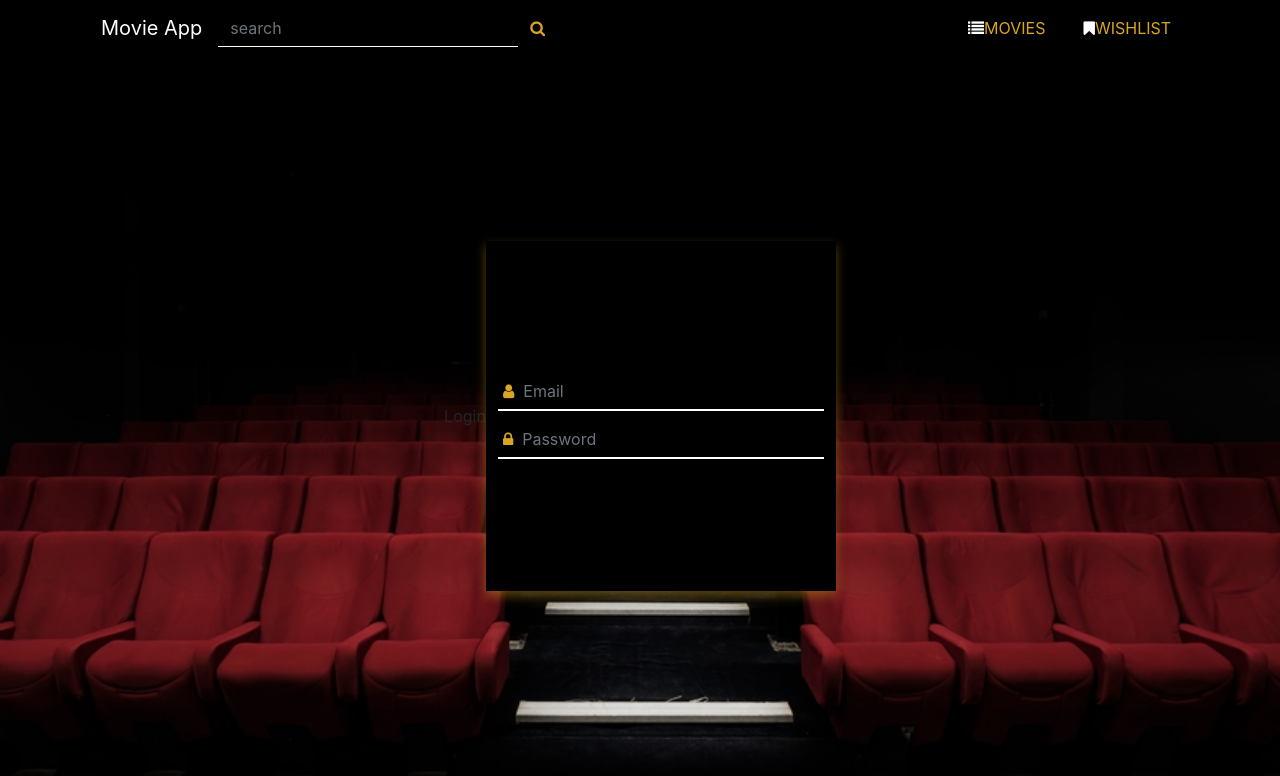
Repository: latenightsnacc/movie-db-app
Page: login.html
These files come from the project's save history. The page is drawn as it stood at one moment and after the next save; the edit follows.
The browser window is 1280 px wide. The pictures show the whole page.
The style sheet was rebuilt from its Sass, Less or Tailwind sources for each picture, by a compiler version that may differ from the author's.

Above is the page before, as saved 2020-06-17 10:31:24.
Console error (its wording comes from the project's code and is left out).

After the next save:
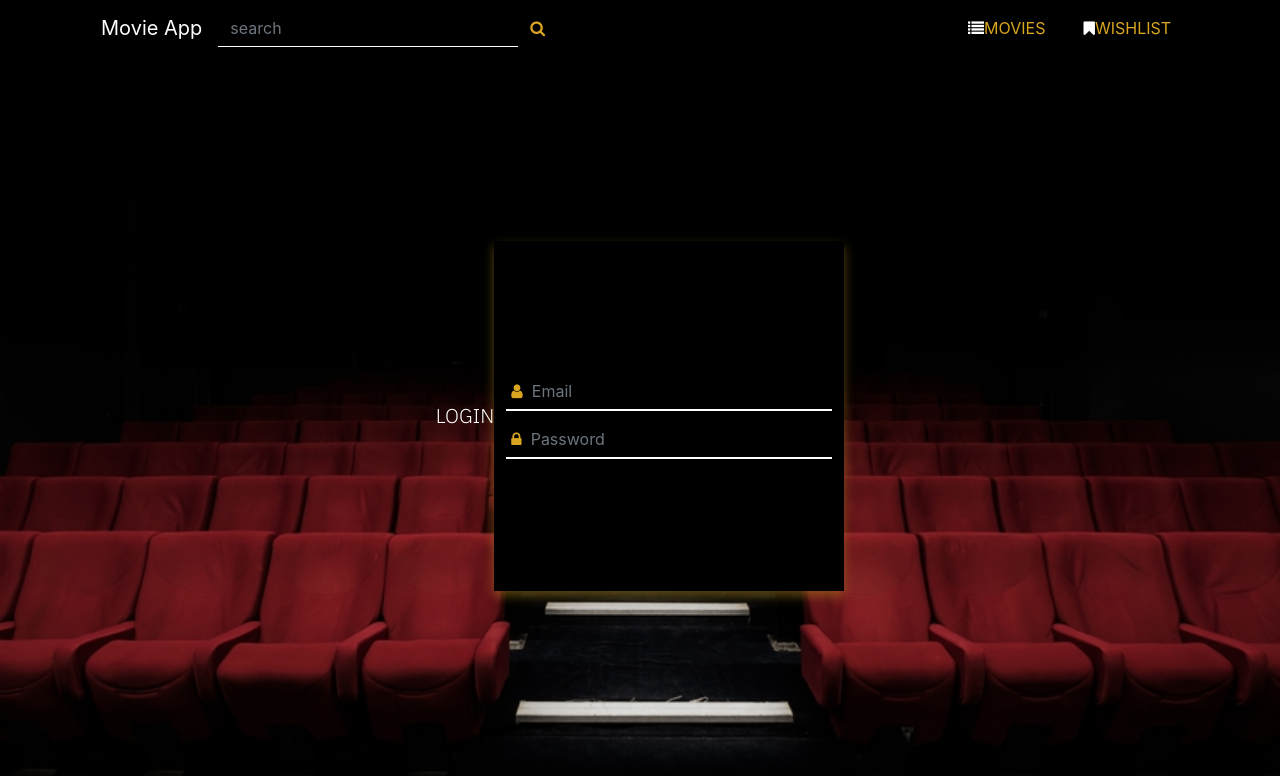
Saved 17 s later.
--- a/Stylesheet/login.scss
+++ b/Stylesheet/login.scss
@@ -7,6 +7,15 @@
     justify-content: center;
     // min-width: 300px;
     // max-width: 500px;
+
+    .form-title {
+        font-size: 20px;
+        font-family: $font;
+        line-height: 30px;
+        text-transform: uppercase;
+        color: $light;
+        text-align: center;
+    }
 
     form {
         padding: 10px;
@@ -18,14 +27,7 @@
         box-shadow: $box-shadow;
         border: 2px solid $dark;
         width: 350px;
-        .form-title {
-            font-size: 20px;
-            font-family: $font;
-            line-height: 30px;
-            text-transform: uppercase;
-            color: $light;
-            text-align: center;
-        }
+
         .form-row {
             margin: 5px 0px;
 
